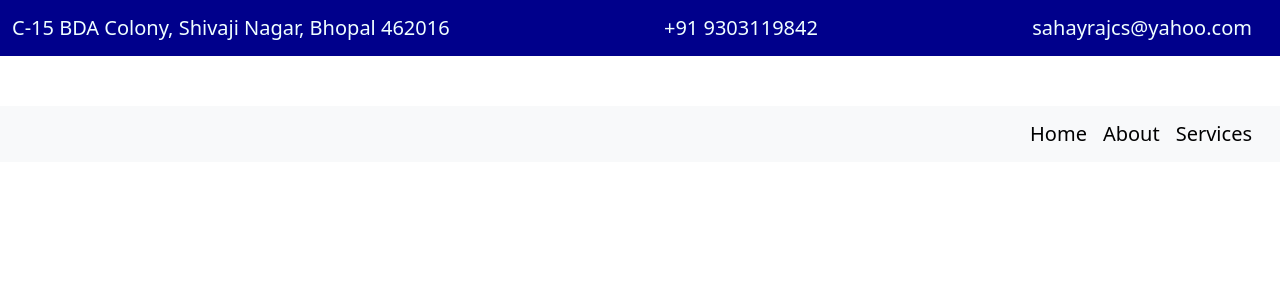
Repository: aayushiss/CS-RSS
Page: services.html
These files come from the project's save history. The page is drawn as it stood at one moment and after the next save; the edit follows.
The browser window is 1280 px wide. The pictures show the whole page.

Above is the page before, as saved 2025-05-15 21:40:21.

### services.html
<!DOCTYPE html>
<html lang="en">
<head>
    <meta charset="UTF-8">
    <meta name="viewport" content="width=device-width, initial-scale=1.0">
    <title>R. S. Shrivastava</title>
    <link href="https://cdn.jsdelivr.net/npm/bootstrap@5.3.3/dist/css/bootstrap.min.css" rel="stylesheet"
    integrity="sha384-QWTKZyjpPEjISv5WaRU9OFeRpok6YctnYmDr5pNlyT2bRjXh0JMhjY6hW+ALEwIH" crossorigin="anonymous">
  <link rel="stylesheet" type="text/css" href="style.css">
</head>
<body>
    <nav class="navbar fixed-top custom-navbar">
        <div class="container-fluid d-flex justify-content-between">
          <a class="navbar-brand"
            href="https://www.google.com/maps/place/R+S+SHRIVASTAVA+%26+ASSOCIATES/@23.2288499,77.4244091,17z/data=!3m1!4b1!4m6!3m5!1s0x397c425fada83073:0xcb1e8ba90a487f4e!8m2!3d23.228845!4d77.426984!16s%2Fg%2F1td0r8v9?entry=ttu&g_ep=EgoyMDI1MDUxMi4wIKXMDSoASAFQAw%3D%3D"
            target="_blank">C-15 BDA Colony, Shivaji Nagar, Bhopal 462016</a>
          <a class="navbar-brand" href="" tel:+919303119842"">+91 9303119842</a>
          <a class="navbar-brand" href="mailto:sahayrajcs@yahoo.com">sahayrajcs@yahoo.com</a>
        </div>
      </nav>
      <div class="navbar-space"></div>

      <nav class="navbar sticky-top second-navbar bg-light">
        <div class="container-fluid d-flex justify-content-end">
          <a class="navbar-brand" href="index.html">Home</a>
          <a class="navbar-brand" href="about.html">About</a>
          <a class="navbar-brand" href="services.html">Services</a>
        </div>
      </nav>

</body>
</html>

### style.css
.custom-navbar {
    background-color: darkblue;
}

.custom-navbar .navbar-brand {
    color: azure;
}

.navbar-space {
    margin-top: 50px;
}

.second-navbar .navbar-brand {
    color: black;
}

.custom-card {
    height: 25vh;
}

.custom-card .card-img {
    height: 100%;
    object-fit: cover;
}

.container-fluid .card {
    padding: 10px;
}

.container-fluid .card-title {
    font-family: 'Times New Roman', Times, serif;
    font-weight: bold;
    font-size: xx-large;
}

.container-fluid .col-md-8 .card-title {
    font-family: 'Times New Roman', Times, serif;
    font-size: large;
}

.footer-links ul {
    list-style: none;
    text-decoration: none;
}

.footer-links a {
    color: white;
    text-decoration: none;
}

body::before {
    content: "";
    display: block;
    height: 56px;
    /* Same as navbar height */
}

After the next save:
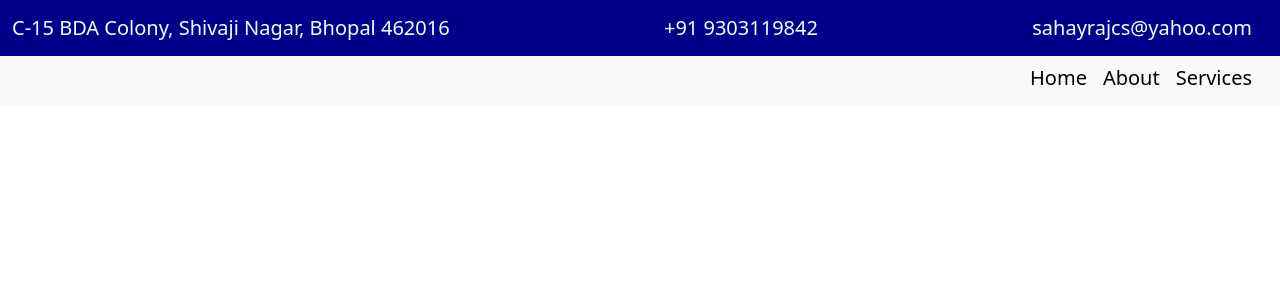
Saved 55 s later.
--- a/style.css
+++ b/style.css
@@ -47,10 +47,3 @@
     color: white;
     text-decoration: none;
 }
-
-body::before {
-    content: "";
-    display: block;
-    height: 56px;
-    /* Same as navbar height */
-}
